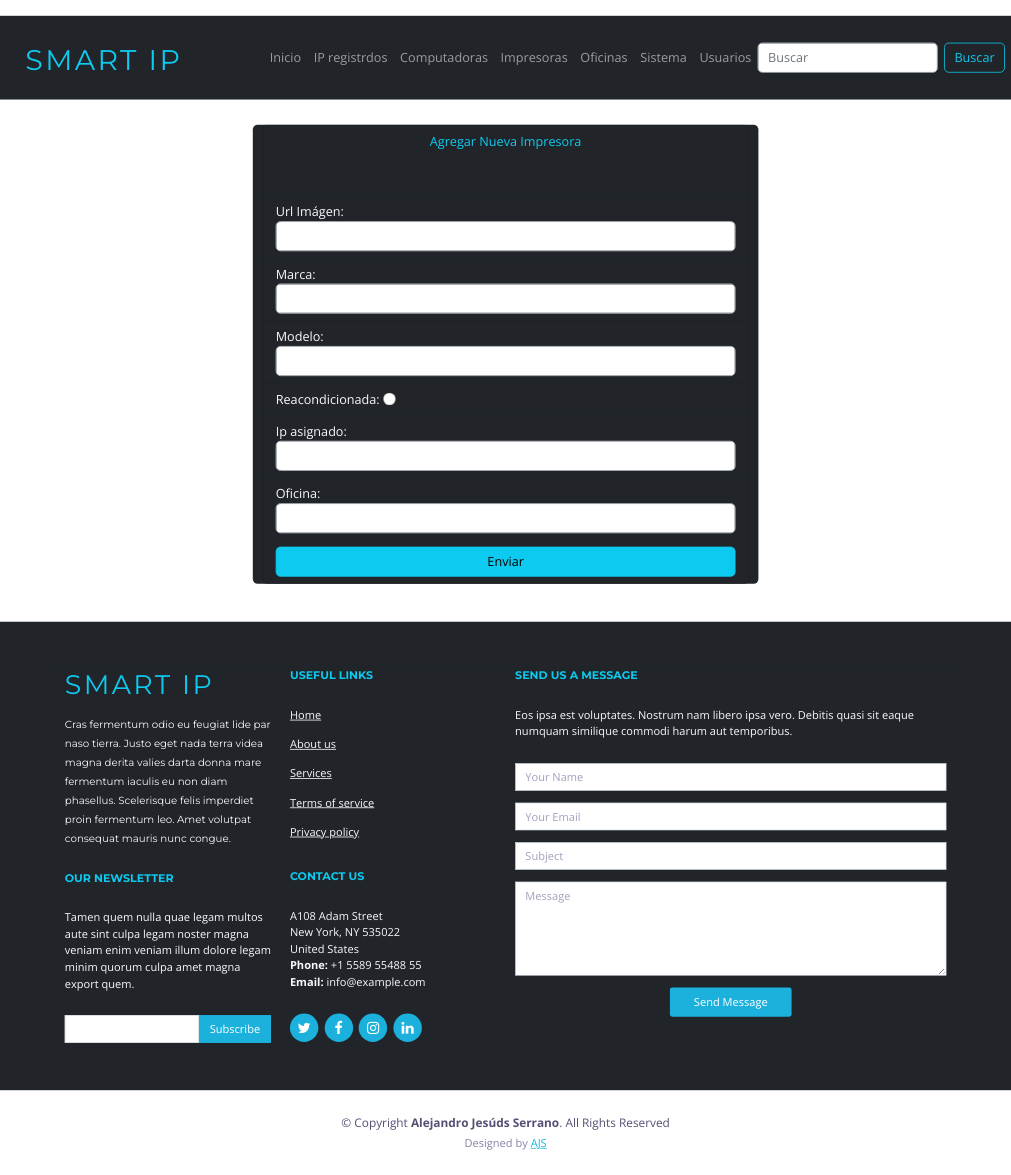
Repository: AlejandroJesusSerrano/SmartIPs
Page: smartip/smartipnav/templates/smartipnav/printer_form.html
These files come from the project's save history. The page is drawn as it stood at one moment and after the next save; the edit follows.
The browser window is 1280 px wide. The pictures show the whole page, at 79% of full size.
The page is served by the project's application, run on Django 4.2 (smartip/manage.py). The template is opened directly, without the code that normally fills it, so the values that code supplies are empty.

Above is the page before, as saved 2022-11-14 09:22:30.

After the next save:
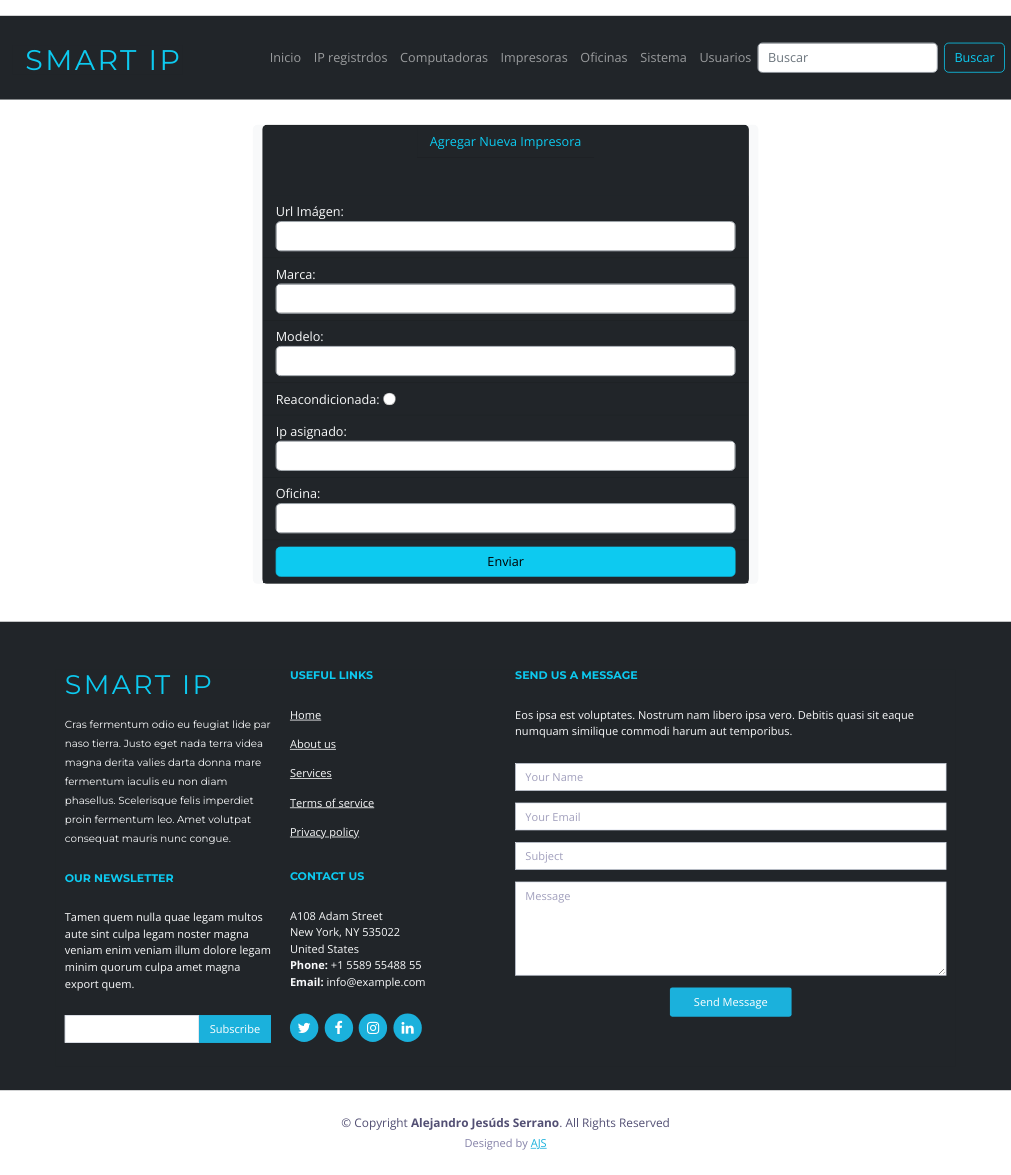
Saved 25 s later.
--- a/smartip/smartipnav/templates/smartipnav/printer_form.html
+++ b/smartip/smartipnav/templates/smartipnav/printer_form.html
@@ -2,7 +2,7 @@
 
 {% block content %}
 <section>
-    <div class="container col-lg-6 bg-dark rounded">
+    <div class="container col-lg-6 bg-light rounded">
         <div class="card mx-auto mt-5 bg-dark style="width: 20rem;">
             <div class="card-header bg-dark text-info mx-auto">
               Agregar Nueva Impresora
